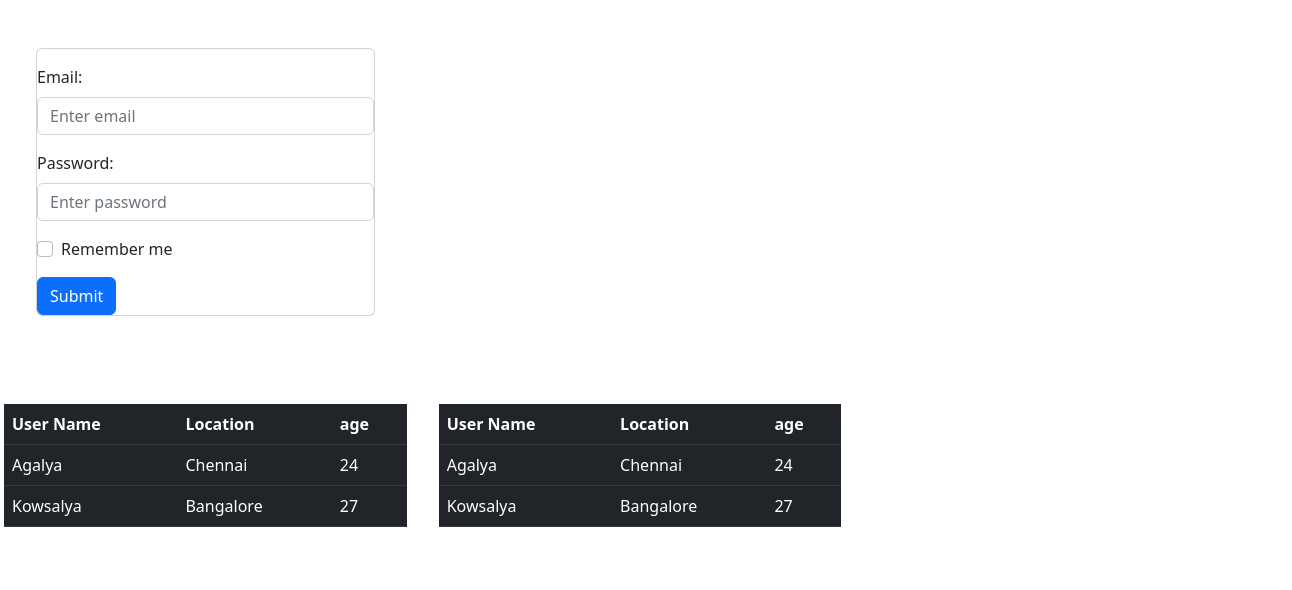
Repository: rajeshkannane/java1
Page: Form/public/index.html
These files come from the project's save history. The page is drawn as it stood at one moment and after the next save; the edit follows.
The browser window is 1280 px wide. The page is 1292 px wide, so the pictures cover 1292 px, including what lies to the right of the window. The pictures show the whole page.

Above is the page before, as saved 2022-11-14 17:30:03.

### Form/public/index.html
<!DOCTYPE html>
<html>
<head>
            <meta charset="UTF-8">
            <title>Form Demo</title>
            <link href="https://cdn.jsdelivr.net/npm/bootstrap@5.2.2/dist/css/bootstrap.min.css" rel="stylesheet">
        </head>


<body>
<div class="row" >
<div class="col-sm-4 p-5" style="border-width:10; border-radius:10; border-color:gray" >
<div class="card">
<form action="/nextPages.html">
  <div class="mb-3 mt-3">
    <label for="email" class="form-label">Email:</label>
    <input type="email" class="form-control" id="email" placeholder="Enter email" name="email">
  </div>
  <div class="mb-3">
    <label for="pwd" class="form-label">Password:</label>
    <input type="password" class="form-control" id="pwd" placeholder="Enter password" name="pswd">
  </div>
  <div class="form-check mb-3">
    <label class="form-check-label">
      <input class="form-check-input" type="checkbox" name="remember"> Remember me
    </label>
  </div>
  <button type="submit" class="btn btn-primary">Submit</button>
</form>
</div>
</div>
</div>

<br>
<div class="row">
<div class="col-sm-4 p-3" >
<table class="table table-dark" style="text-align:1%">
  <tr>
    <th>User Name</th>
    <th>Location</th>
    <th>age</th>
  </tr>
  <tr>
    <td>Agalya</td>
    <td>Chennai</td>
    <td>24</td>
  </tr>
  <tr>
    <td>Kowsalya</td>
    <td>Bangalore</td>
    <td>27</td>
  </tr>
    </table>
    </div>
    <div class="col-sm-4 p-3" >
<table class="table table-dark" style="text-align:1%">
  <tr>
    <th>User Name</th>
    <th>Location</th>
    <th>age</th>
  </tr>
  <tr>
    <td>Agalya</td>
    <td>Chennai</td>
    <td>24</td>
  </tr>
  <tr>
    <td>Kowsalya</td>
    <td>Bangalore</td>
    <td>27</td>
  </tr>
    </table>
    </div>
    </div>
</body>
</html>

After the next save:
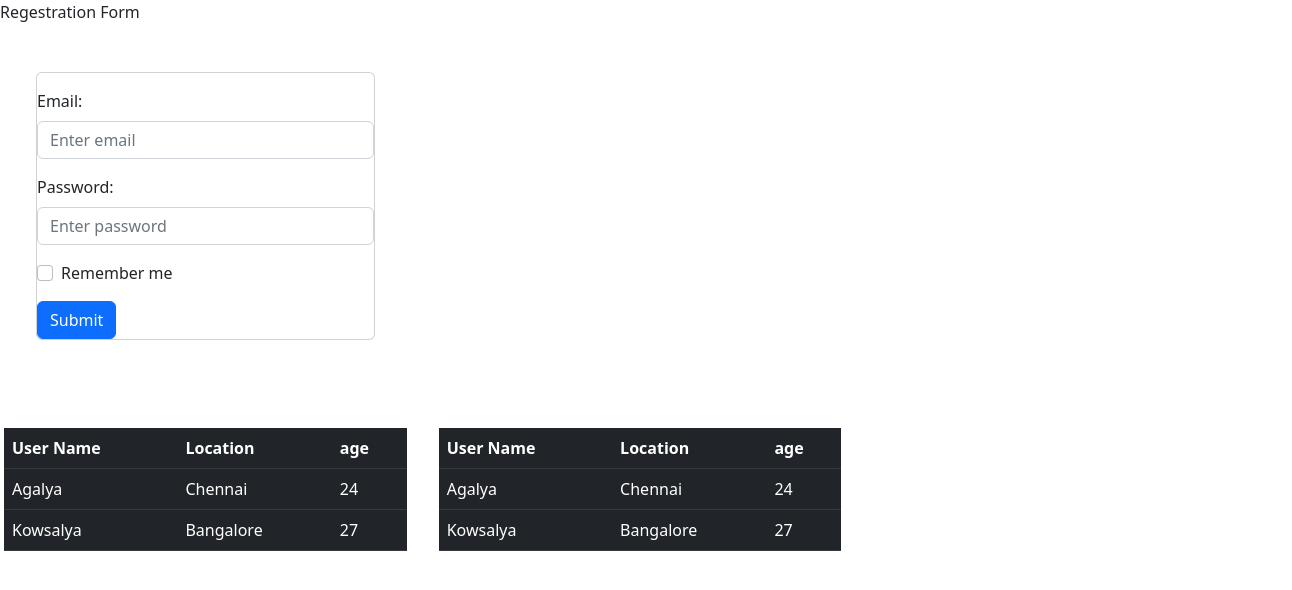
Saved 42 h 53 min later.
--- a/Form/public/index.html
+++ b/Form/public/index.html
@@ -4,6 +4,9 @@
             <meta charset="UTF-8">
             <title>Form Demo</title>
             <link href="https://cdn.jsdelivr.net/npm/bootstrap@5.2.2/dist/css/bootstrap.min.css" rel="stylesheet">
+        </head>
+        <head>
+        Regestration Form
         </head>
 
 
